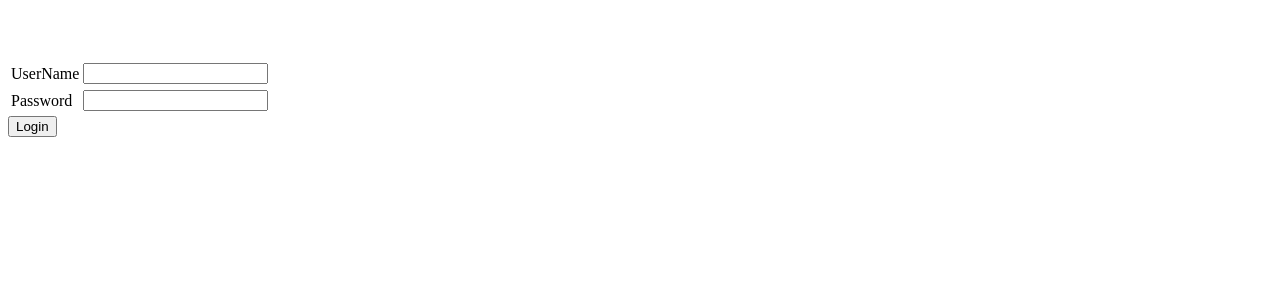
Repository: kunalparmani01/RepoFinal
Page: http://localhost/Spring/
The author's editor kept a copy of each file at every save. The page is drawn from the files as they stood at one save, then again after the next save.
The browser window is 1280 px wide. The pictures show the whole page.
The page is served by Tomcat 9. Other server files are loaded and not shown.

Above is the page before, as saved 2018-08-16 12:27:22.

### Spring/src/main/webapp/index.jsp
<html>
<head>
<meta http-equiv="Content-Type" content="text/html; charset=ISO-8859-1">
<title>Login Form</title>
</head>
<body>
<form action="form_login" method="post">
		<table style="with: 50%">

			<tr>
				<td>UserName</td>
				<td><input type="text" name="username" /></td>
			</tr>
			<tr>
			     <%
			           String passwordError = "";
			            if(request.getAttribute("passwordError") != null){
			            	passwordError = request.getAttribute("passwordError").toString();
			            }
			     %>
			     <p><%=passwordError %></p>
			     <br>
			</tr>
				<tr>
				<td>Password</td>
				<td><input type="password" name="password" /></td>
			</tr>
			<tr>
			     <%
			           String usernameError = "";
			            if(request.getAttribute("usernameError") != null){
			            	usernameError = request.getAttribute("usernameError").toString();
			            }
			     %>
			     <p><%=usernameError %></p>
			     <br>
			</tr>
		</table>
		<input type="submit" value="Login" /></form>
		<a href="registrationform"></a>
</body>
</html>

After the next save:
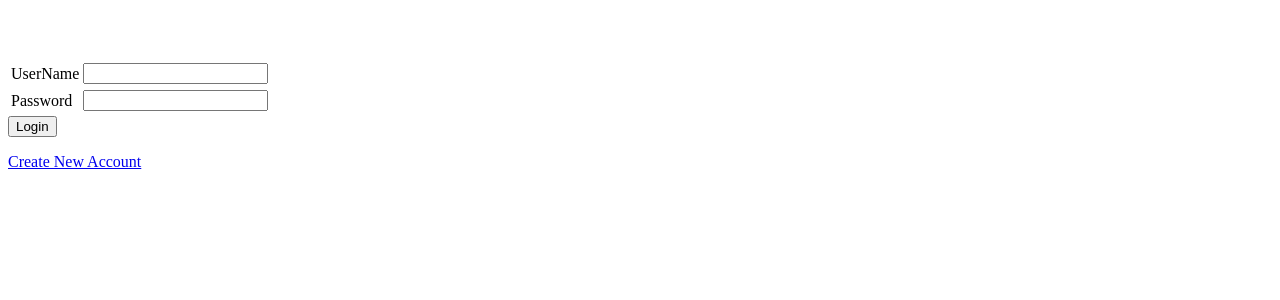
Saved 36 s later.
--- a/Spring/src/main/webapp/index.jsp
+++ b/Spring/src/main/webapp/index.jsp
@@ -37,6 +37,6 @@
 			</tr>
 		</table>
 		<input type="submit" value="Login" /></form>
-		<a href="registrationform"></a>
+		<a href="registrationform"><p>Create New Account</p></a>
 </body>
 </html>
